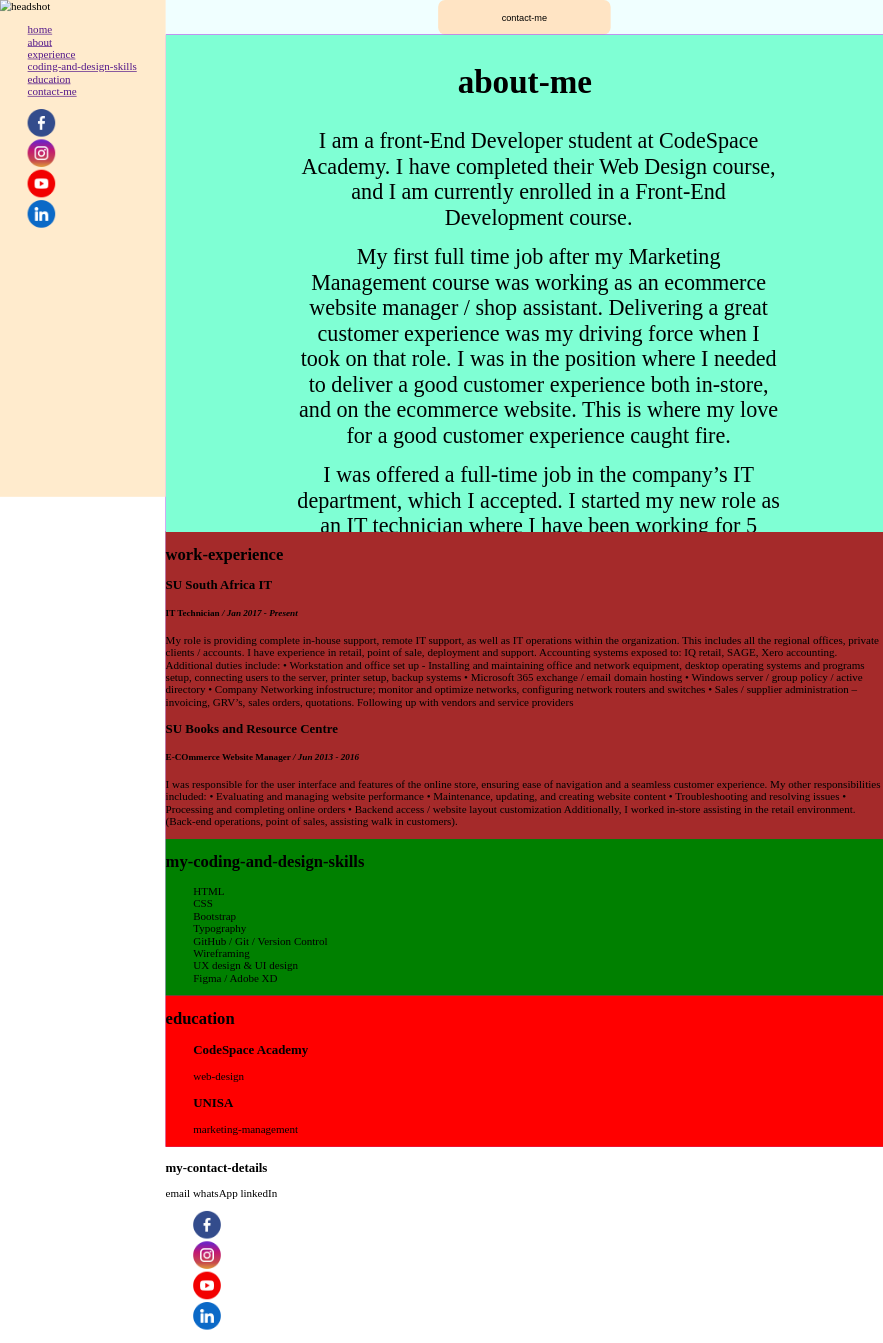
Repository: WesleyErasmus/MyDigitalResume-5
Page: index.html
The author's editor kept a copy of each file at every save. The page is drawn from the files as they stood at one save, then again after the next save.
The browser window is 1280 px wide. The pictures show the whole page, at 69% of full size.
An inner scrolling area shows only its first screen.

Above is the page before, as saved 2022-02-25 16:45:02.

### index.html
<!DOCTYPE html>
<html lang="en">

<head>
    <meta charset="UTF-8">
    <meta http-equiv="X-UA-Compatible" content="IE=edge">
    <meta name="viewport" content="width=device-width, initial-scale=1.0">
    <title>Wesley Erasmus Digital Resume 5</title>
    <link rel="stylesheet" href="stylesheet.css">
</head>

<body>
    <!-- look into using use hr tag -->
    <header>
        <span>
            <button id="contact-me-btn">contact-me</button>
        </span>
    </header>
    <nav>
        <img src="" alt="headshot">
        <ul class="nav-btns">
            <li><a href="">home</a></li>
            <li><a href="">about</a></li>
            <li><a href="">experience</a></li>
            <li><a href="">coding-and-design-skills</a></li>
            <li><a href="">education</a></li>
            <li><a href="">contact-me</a></li>
        </ul>
        <ul class="social-media-links">
            <li><a href="https://www.facebook.com/codespaceza" target="_blank"><img src="/icons/facebook.png"
                        alt="Facebook" width="40px" height="40px"></a></li>
            <li><a href="https://www.instagram.com/codespaceza/" target="_blank"><img src="icons/instagram.png"
                        alt="Instagram" width="40px" height="40px"></a></li>
            <li><a href="https://www.youtube.com/channel/UCfmXJliguiwBv2QlRzWdrxA" target="_blank"><img
                        src="icons/youtube.png" alt="YouTube" width="40px" height="40px"></a></li>
            <li><a href="https://www.linkedin.com/school/codespaceza/" target="_blank"><img src="icons/linkedin.png"
                        alt="LinkedIn" width="40px" height="40px"></a></li>
        </ul>
    </nav>
    <main>
        <article class="about-me">
            <h1>about-me</h1>
            <p>
                <ul>
                    <li>I am a front-End Developer student at CodeSpace Academy. I have completed their Web Design course, and I am currently enrolled in a Front-End Development course.</li>
                    <li>My first full time job after my Marketing Management course was working as an ecommerce website manager / shop assistant. Delivering a great customer experience was my driving force when I took on that role. I was in the position where I needed to deliver a good customer experience both in-store, and on the ecommerce website. This is where my love for a good customer experience caught fire.</li>
                    <li>I was offered a full-time job in the company’s IT department, which I accepted. I started my new role as an IT technician where I have been working for 5 years, offering a wide range of IT services, both internally and to external clients.</li>
                    <li>In 2021, after much research, I decided to study Web Design at CodeSpace Academy. I immediately knew that I had found my “career calling”. Anyone in the tech industry will know the unyielding urge to solve complex problems and to tackle new challenges. Coding is the ever-growing complex world of computer languages and design that I have been waiting to discover. I go to bed thinking of how I can improve on my current projects, and I wake up ready to learn something new. </li>
                    <li> I am a teacher at heart and have enjoyed the opportunity to share what I learn with my fellow students. I use the class Slack channel to share any new insights that I’ve learned and have also had one-on-one Zoom sessions to assist other students when they are stuck.
                    </li>
                    <li>I believe that one of the best ways to learn is to teach others - it gives me great satisfaction to make one more “happy customer”.</li>
                </ul>









                </p>
        </article>
        <article class="job-experience">
            <h1>work-experience</h1>
            <h3>SU South Africa IT</h3>
            <h5>IT Technician <em>/ Jan 2017 - Present</em></h5>
            <p>My role is providing complete in-house support, remote IT support, as well as IT operations within the
                organization. This includes all the regional offices, private clients / accounts. I have experience in
                retail, point of sale, deployment and support. Accounting systems exposed to: IQ retail, SAGE, Xero
                accounting. Additional duties include:
                • Workstation and office set up - Installing and maintaining office and network equipment, desktop
                operating systems and programs setup, connecting users to the server, printer setup, backup systems
                • Microsoft 365 exchange / email domain hosting
                • Windows server / group policy / active directory
                • Company Networking infostructure; monitor and optimize networks, configuring network routers and
                switches
                • Sales / supplier administration – invoicing, GRV’s, sales orders, quotations. Following up with
                vendors and service providers</p>
            <h3>SU Books and Resource Centre</h3>
            <h5>E-COmmerce Website Manager <em>/ Jun 2013 - 2016</em></h5>
            <p>I was responsible for the user interface and features of the online store, ensuring ease of navigation and a seamless customer experience. My other responsibilities included:
                • Evaluating and managing website performance
                • Maintenance, updating, and creating website content
                • Troubleshooting and resolving issues
                • Processing and completing online orders
                • Backend access / website layout customization
                Additionally, I worked in-store assisting in the retail environment. (Back-end operations, point of sales, assisting walk in customers).</p>

        </article>
        <article class="coding-and-design-skills">
            <h1>my-coding-and-design-skills</h1>
            <ul>
                <li>HTML</li>
                <li>CSS</li>
                <li>Bootstrap</li>
                <li>Typography</li>
                <li>GitHub / Git / Version Control</li>
                <li>Wireframing</li>
                <li>UX design & UI design</li>
                <li>Figma / Adobe XD</li>
            </ul>
        </article>
        <article class="education">
            <h1>education</h1>
            <ul>
                <li><h3>CodeSpace Academy</h3><p>web-design</p></li>
                <li><h3>UNISA</h3><p>marketing-management</p></li>
            </ul>
        </article>
    </main>
    <footer>
        <h3>my-contact-details</h3>
        <div class="footer-contact-details">email</div>
        <div class="footer-contact-details">whatsApp</div>
        <div class="footer-contact-details">linkedIn</div>



        <ul class="social-media-links">
            <li><a href="https://www.facebook.com/codespaceza" target="_blank"><img src="/icons/facebook.png"
                        alt="Facebook" width="40px" height="40px"></a></li>
            <li><a href="https://www.instagram.com/codespaceza/" target="_blank"><img src="icons/instagram.png"
                        alt="Instagram" width="40px" height="40px"></a></li>
            <li><a href="https://www.youtube.com/channel/UCfmXJliguiwBv2QlRzWdrxA" target="_blank"><img
                        src="icons/youtube.png" alt="YouTube" width="40px" height="40px"></a></li>
            <li><a href="https://www.linkedin.com/school/codespaceza/" target="_blank"><img src="icons/linkedin.png"
                        alt="LinkedIn" width="40px" height="40px"></a></li>
        </ul>
    </footer>

</body>

</html>

### stylesheet.css
* {
    box-sizing: border-box;
    list-style-type: none;
}
body {
    margin: 0 0 0 240px;
    padding: 0;
}
header {
    background-color: azure;
    text-align: center;
}
button#contact-me-btn {
    background-color: bisque;
    width: 250px;
    height: 50px;
    border-radius: 10px;
    border: none;
}
nav {
    background-color: blanchedalmond;
    float: left;
    position: fixed;
    left: 0;
    overflow-y: auto;
    overflow-x: hidden;
    height: 100vh;
    min-height: 100vh;
    top: 0;
    width: 240px;
    z-index: 1;
}
main {
    background-color: blueviolet;
    position: relative;
    display: block;
    width: 100%;
}
article.about-me {
    background-color: aquamarine;
    overflow-x: hidden;
    text-align: center;
    height: 100vh;
    font-size: 2em;
    /* Will need to use the two above stylings for other elements in main container  */
}
.about-me li{
    margin: 20px 0 20px 0;
    padding: 0 150px 0 150px;
    /* text-align: center; */
}
article.job-experience {
    background-color:brown;
    overflow-x: hidden;
}
article.coding-and-design-skills{
    background-color:green;
    overflow-x: hidden;
}
article.education {
    background-color:red;
    overflow-x: hidden;
}
.footer-contact-details {
    display: inline;
}

After the next save:
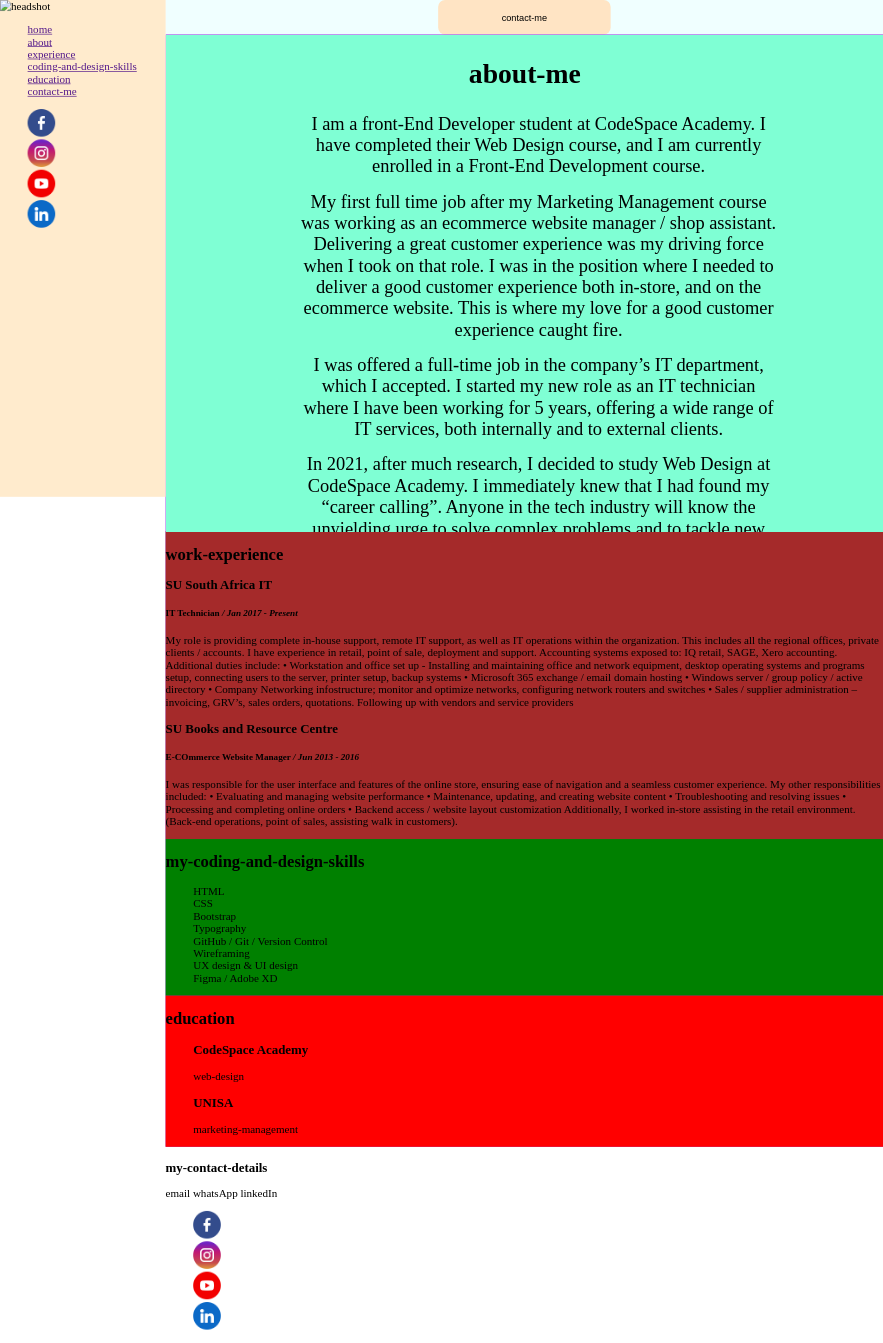
Saved 3 min 43 s later.
--- a/stylesheet.css
+++ b/stylesheet.css
@@ -41,7 +41,7 @@ article.about-me {
     overflow-x: hidden;
     text-align: center;
     height: 100vh;
-    font-size: 2em;
+    font-size: 20pt;
     /* Will need to use the two above stylings for other elements in main container  */
 }
 .about-me li{
